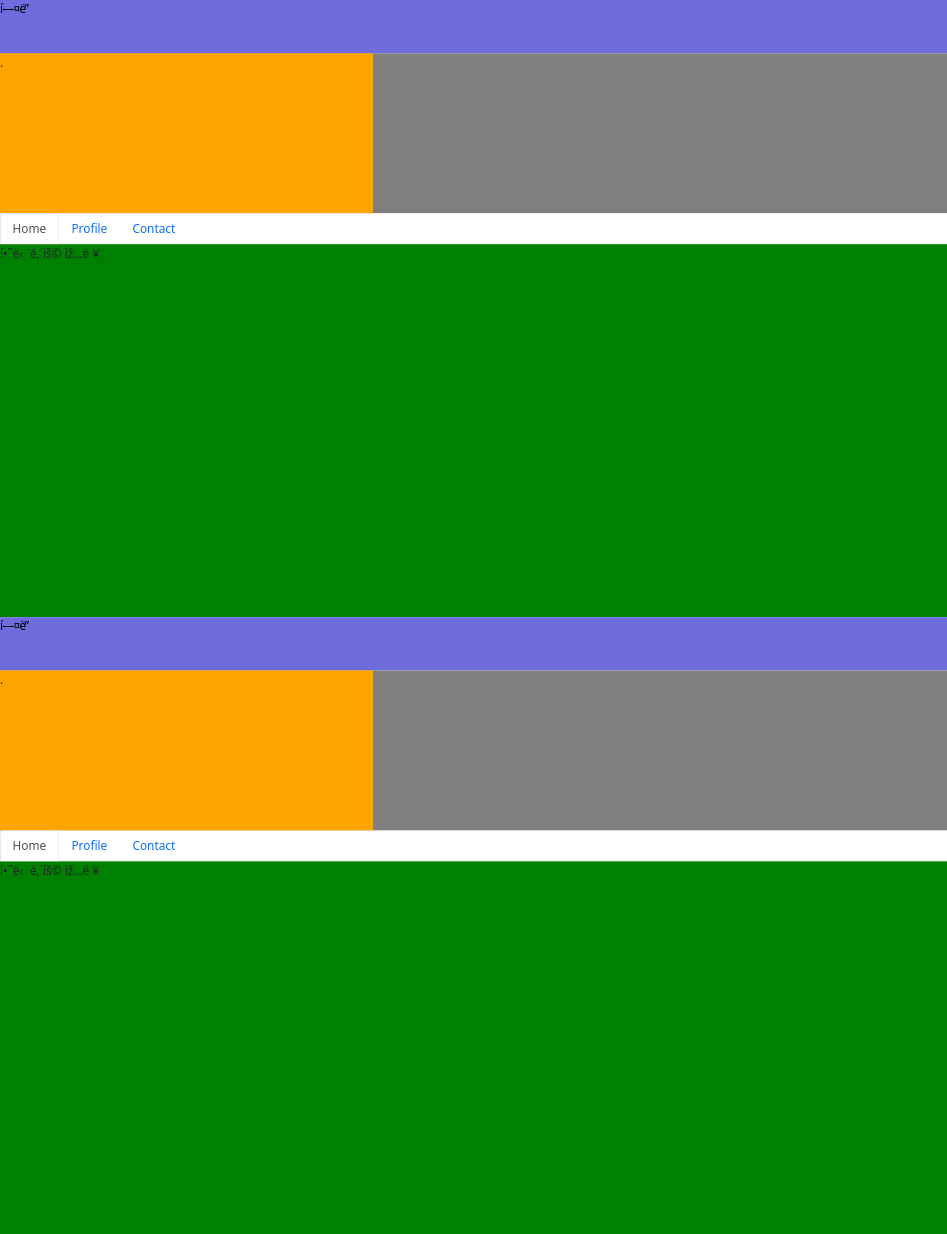
Repository: hyodii/FinalProject
Page: http://localhost/ViewPage/layout2.jsp
An editor plug-in stored every save of this project. The page is shown before and after the next save, followed by the edit.
The browser window is 1280 px wide. The pictures show the whole page, at 74% of full size.
The page is served by Tomcat 9.

Above is the page before, as saved 2021-12-03 08:48:44.

After the next save:
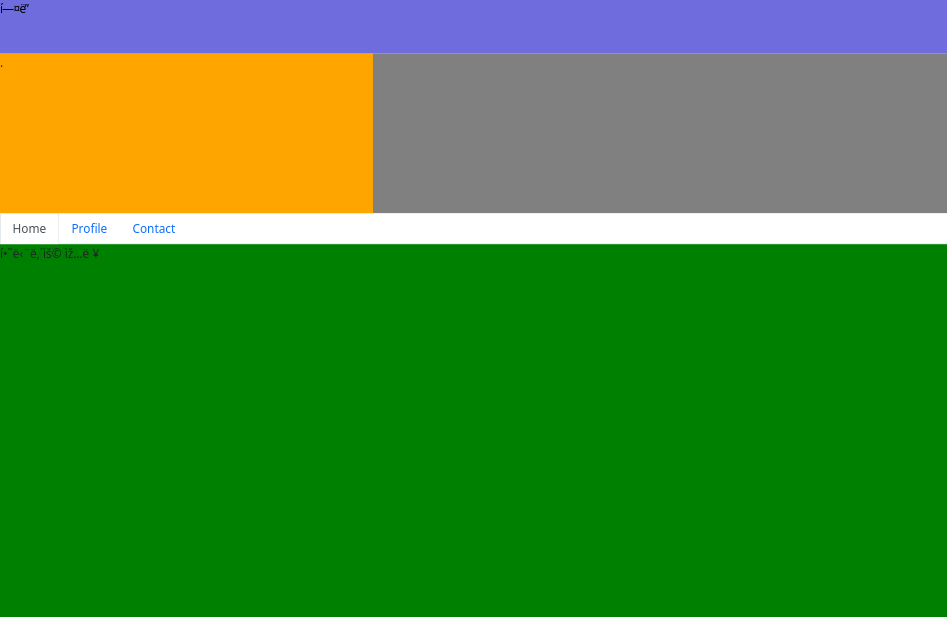
Saved 27 min 51 s later.
--- a/ViewPage/WebContent/layout2.jsp
+++ b/ViewPage/WebContent/layout2.jsp
@@ -86,92 +86,4 @@ header {
 
 </body>
 
-</html><!DOCTYPE html>
-<html lang="en">
-
-<head>
-<meta charset="UTF-8">
-<meta name="viewport" content="width=device-width, initial-scale=1.0">
-<link
-	href="https://cdn.jsdelivr.net/npm/bootstrap@5.1.3/dist/css/bootstrap.min.css"
-	rel="stylesheet"
-	integrity="sha384-1BmE4kWBq78iYhFldvKuhfTAU6auU8tT94WrHftjDbrCEXSU1oBoqyl2QvZ6jIW3"
-	crossorigin="anonymous">
-<title>B.CLE</title>
-
-<style>
-body {
-	margin: 0;
-	padding: 0;
-}
-
-header {
-	letter-spacing: -1px;
-	background: rgb(111, 108, 221);
-	color: black;
-	padding: 0%;
-	margin: 0%;
-	height: 10vh;
-}
-
-.info {
-	background-color: orange;
-	width: 70vh;
-	height: 30vh;
-}
-
-.ProfileInfo {
-	background-color: yellow;
-	width: 70vh;
-	height: 30vh;
-	margin: 10vh 0vh 0vh 70vh;
-}
-
-.upper {
-	display: flex;
-	background-color: gray;
-}
-
-.subinfo {
-	background-color: green;
-	height : 70vh;
-	overflow : scroll;
-}
-
-</style>
-</head>
-
-<body>
-
-
-
-
-	<header> 헤더 </header>
-
-
-
-	<div class=upper>
-		<div class=info>.</div>
-	</div>
-
-
-	<nav>
-		<div class="nav nav-tabs" id="nav-tab" role="tablist">
-			<a class="nav-item nav-link active" id="nav-home-tab"
-				data-toggle="tab" href="#nav-home" role="tab"
-				aria-controls="nav-home" aria-selected="true">Home</a> <a
-				class="nav-item nav-link" id="nav-profile-tab" data-toggle="tab"
-				href="#nav-profile" role="tab" aria-controls="nav-profile"
-				aria-selected="false">Profile</a> <a class="nav-item nav-link"
-				id="nav-contact-tab" data-toggle="tab" href="#nav-contact"
-				role="tab" aria-controls="nav-contact" aria-selected="false">Contact</a>
-		</div>
-	</nav>
-
-	<div class="subinfo">
-	하단내용 입력
-	</div>
-
-</body>
-
 </html>
